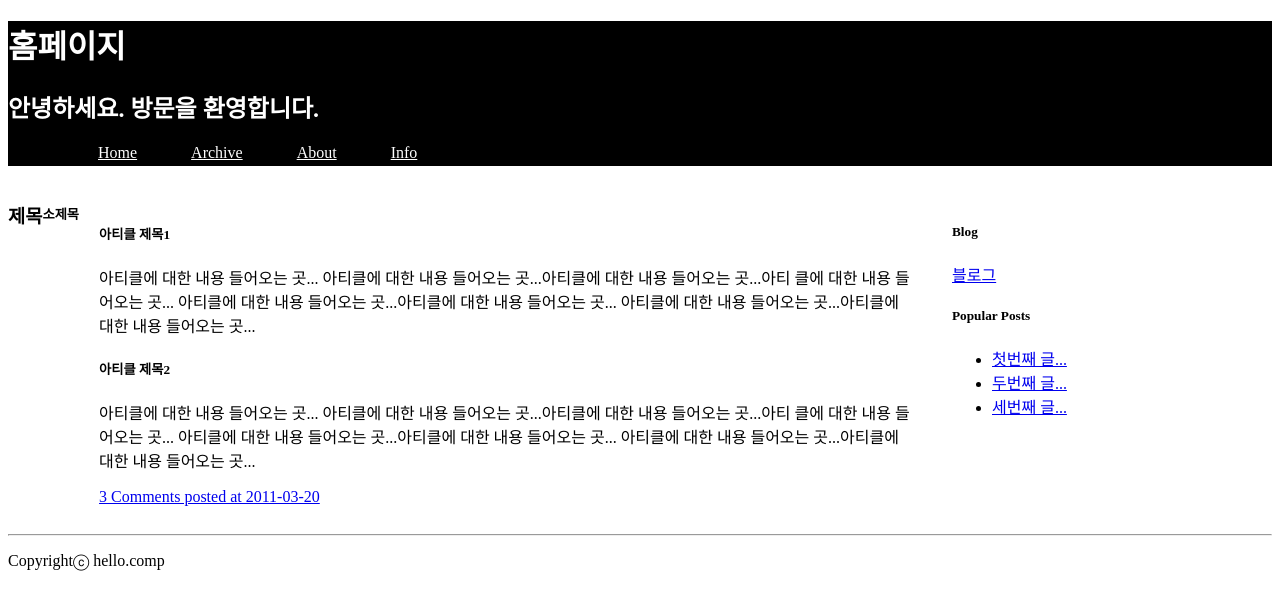
Repository: harin1212/PDA-frontend
Page: 김하린_0728_2/hw2.html
The author's editor kept a copy of each file at every save. The page is drawn from the files as they stood at one save, then again after the next save.
The browser window is 1280 px wide. The pictures show the whole page.

Above is the page before, as saved 2023-07-28 17:25:45.

### 김하린_0728_2/hw2.html
<!DOCTYPE html>
<html lang="en">
<head>
    <meta charset="UTF-8">
    <meta name="viewport" content="width=device-width, initial-scale=1.0">
    <link rel="stylesheet" href="style/hw2.css">
    <title>HW2</title>
    <style>
        div.line{
            width: 200px;
            height: 10px;
            background-color: rgb(117, 107, 107);
        }
    </style>
</head>
<body>
    <header>
        <h1>홈페이지</h1>
        <h2>안녕하세요. 방문을 환영합니다.</h2>
        <nav>
            <ul>
                <li><a href="#">Home</a></li>
                <li><a href="#">Archive</a></li>
                <li><a href="#">About</a></li>
                <li><a href="#">Info</a></li>
            </ul>
        </nav>
    </header>

    <section class="container">
        <h3>제목</h3>

        <h5>소제목</h5>
        <article>
            <section>
                <h5>아티클 제목1</h5>
                <p>아티클에 대한 내용 들어오는 곳...
                    아티클에 대한 내용 들어오는 곳...아티클에 대한 내용 들어오는 곳...아티
                    클에 대한 내용 들어오는 곳...
                    아티클에 대한 내용 들어오는 곳...아티클에 대한 내용 들어오는 곳...
                    아티클에 대한 내용 들어오는 곳...아티클에 대한 내용 들어오는 곳...
                </p>
            </section>
            <section>
                <h5>아티클 제목2</h5>
                <p>아티클에 대한 내용 들어오는 곳...
                    아티클에 대한 내용 들어오는 곳...아티클에 대한 내용 들어오는 곳...아티
                    클에 대한 내용 들어오는 곳...
                    아티클에 대한 내용 들어오는 곳...아티클에 대한 내용 들어오는 곳...
                    아티클에 대한 내용 들어오는 곳...아티클에 대한 내용 들어오는 곳...
                </p>
            </section>
            <a href="#">3 Comments posted at 2011-03-20</a>

        </article>

        <aside>
            <section>
                <h5>Blog</h5>
                <a href="#">블로그</a>
            </section>
            <section>
                <h5>Popular Posts</h5>
                <ul>
                    <li><a href="#">첫번째 글...</a></li>
                    <li><a href="#">두번째 글...</a></li>
                    <li><a href="#">세번째 글...</a></li>
                </ul>
            </section>

        </aside>
    </section>
    <hr>
    <footer>
        <p>Copyrightⓒ hello.comp</p>
    </footer>
</body>
</html>

### 김하린_0728_2/style/hw2.css
header{
    background-color: rgb(0, 0, 0);
    color: white;
    display: block;
}

header nav ul li a{
    color : white;
    margin-left: 50px;
    float: right;
}

nav ul li{
    display: inline-block;
    list-style: none;
}

div{
    padding: 50px;
}

section article{
    float:left;
}

.container {
    display: flex;
}


article {
    flex: 1;
    padding: 20px;
}

aside {
    flex: 0 0 300px;
    padding: 20px;
}

After the next save:
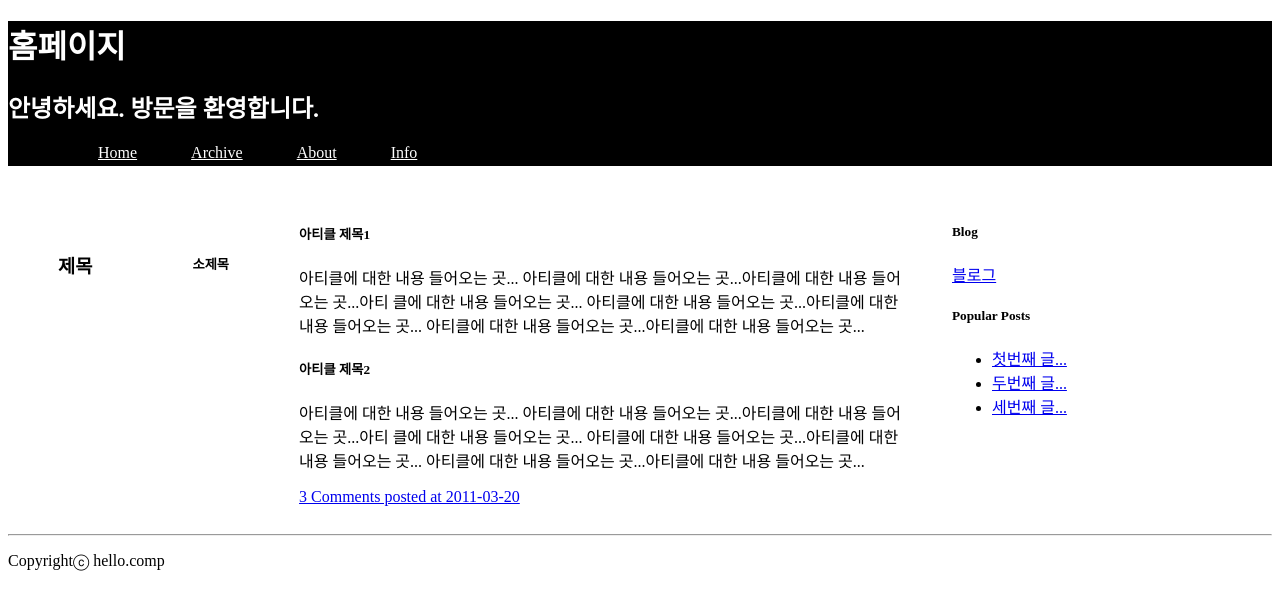
Saved 92 s later.
--- a/김하린_0728_2/hw2.html
+++ b/김하린_0728_2/hw2.html
@@ -28,9 +28,12 @@
     </header>
 
     <section class="container">
-        <h3>제목</h3>
-
-        <h5>소제목</h5>
+        <div>
+            <h3>제목</h3>
+        </div>
+        <div>
+            <h5>소제목</h5>
+        </div>
         <article>
             <section>
                 <h5>아티클 제목1</h5>

After the save that followed:
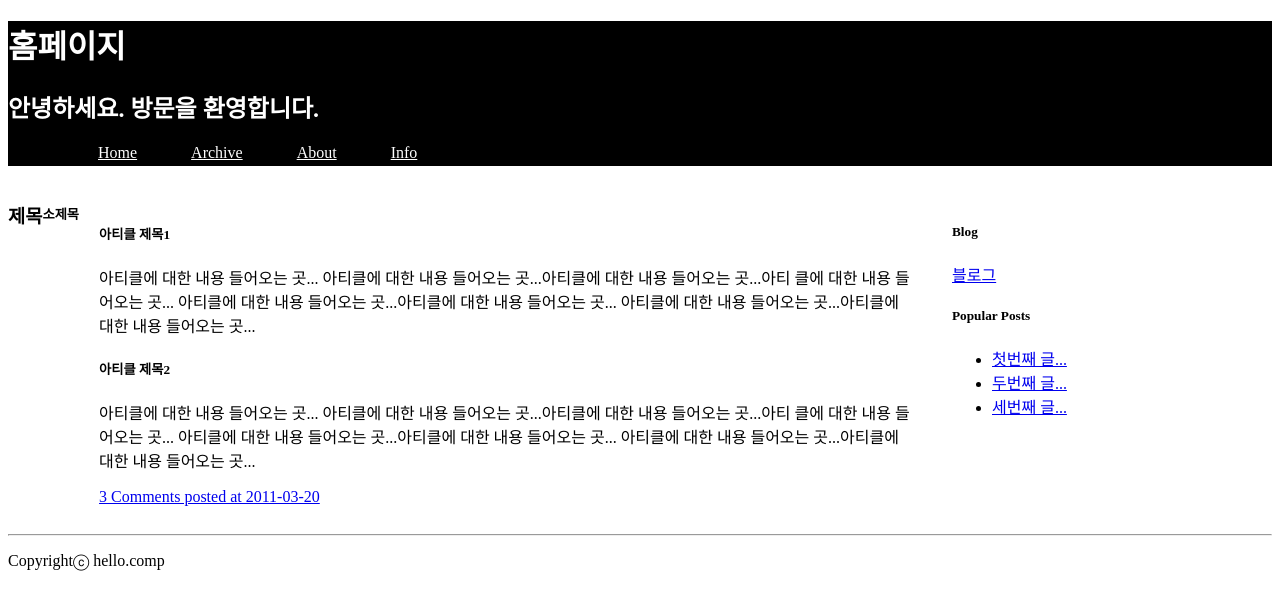
Saved 3 min 2 s later.
--- a/김하린_0728_2/hw2.html
+++ b/김하린_0728_2/hw2.html
@@ -28,12 +28,8 @@
     </header>
 
     <section class="container">
-        <div>
             <h3>제목</h3>
-        </div>
-        <div>
             <h5>소제목</h5>
-        </div>
         <article>
             <section>
                 <h5>아티클 제목1</h5>
